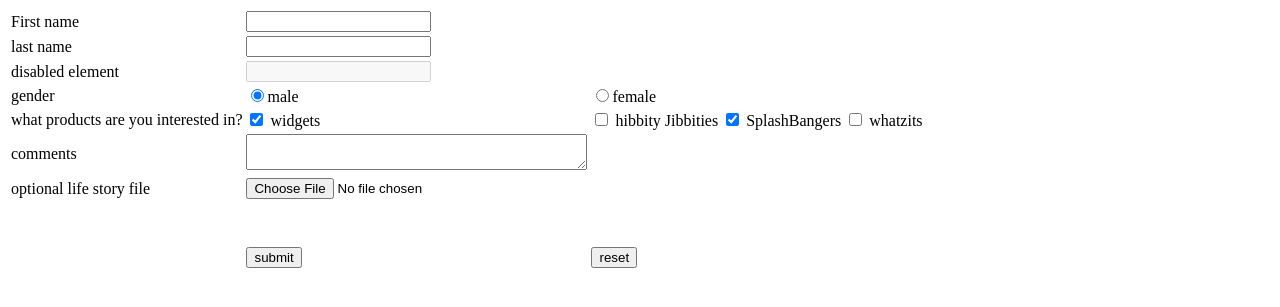
Repository: PoojaShirwaikar/BlockhainTest
Page: javascript/jQueryAssignment2/WebContent/ques10.html
An editor plug-in stored every save of this project. The page is shown before and after the next save, followed by the edit.
The browser window is 1280 px wide. The pictures show the whole page.
Some web libraries are served in a nearby version.

Above is the page before, as saved 2017-11-14 11:22:50.

After the next save:
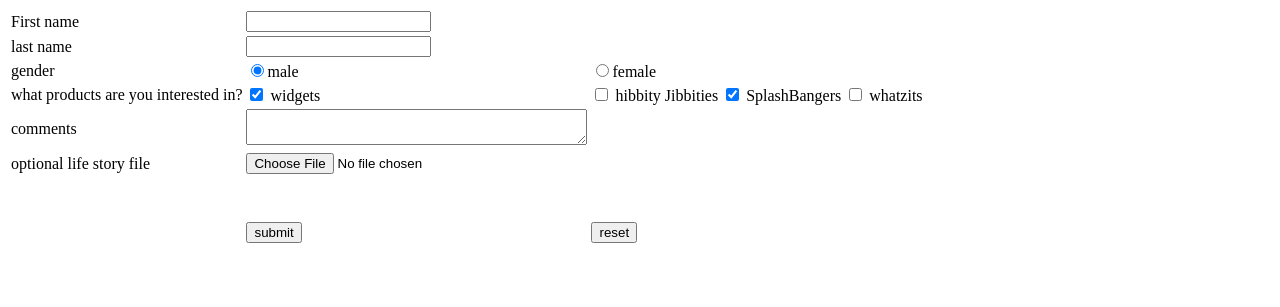
Saved 29 s later.
--- a/javascript/jQueryAssignment2/WebContent/ques10.html
+++ b/javascript/jQueryAssignment2/WebContent/ques10.html
@@ -26,10 +26,7 @@
 					<td class="style2">last name</td>
 					<td><input id="lastName" type="text" />
 				</tr>
-				<tr>
-					<td class="style2">disabled element</td>
-					<td><input id="text1" type="text" disabled="disabled" />
-				</tr>
+
 				<tr>
 					<td class="style2">gender</td>
 					<td><input id="male" type="radio" checked="checked"
